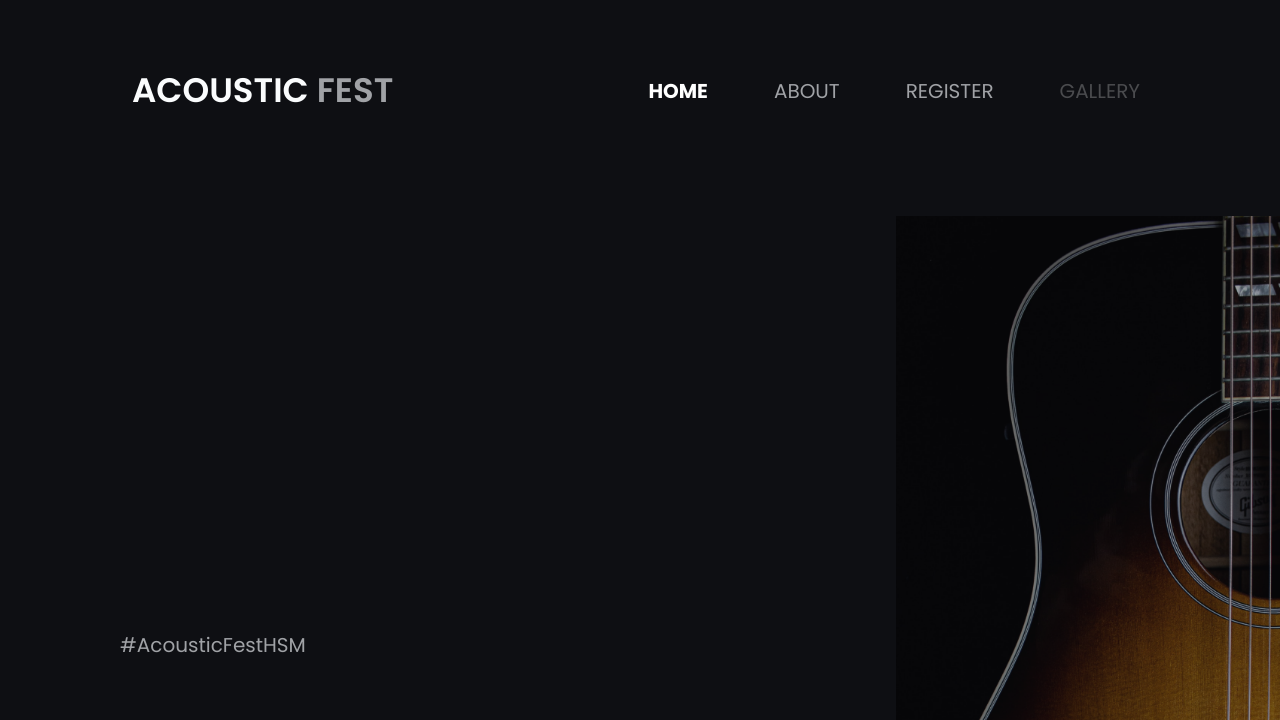
Repository: piyushiso/piyushiso.github.io
Page: event/acousticfest/index.html
The author's editor kept a copy of each file at every save. The page is drawn from the files as they stood at one save, then again after the next save.
The browser window is 1280 px wide. The pictures show the whole page.
Some web fonts or font styles are not loaded; a fallback is used.

Above is the page before, as saved 2022-05-19 14:03:31.

### event/acousticfest/index.html
<html lang="en">
<head>
    <meta charset="UTF-8">
    <meta http-equiv="X-UA-Compatible" content="IE=edge">
    <meta name="viewport" content="width=device-width, initial-scale=1.0">
    <link href="https://cdn.jsdelivr.net/npm/bootstrap@5.2.0-beta1/dist/css/bootstrap.min.css" rel="stylesheet" integrity="sha384-0evHe/X+R7YkIZDRvuzKMRqM+OrBnVFBL6DOitfPri4tjfHxaWutUpFmBp4vmVor" crossorigin="anonymous">
    <link href="https://unpkg.com/aos@2.3.1/dist/aos.css" rel="stylesheet">
    <link href="styles/style.css" rel="stylesheet" type="text/css"/>
    <title>Acoustic Fest 2022</title>
</head>
<body>
    <div class="components">
        <nav class="navbar navbar-expand-lg fixed-top navbar-dark bg-dark">
            <div class="container-fluid">
              <a class="navbar-brand" href="#"><span class="primary">ACOUSTIC</span> FEST</a>
              <div class="d-flex">
                <button class="navbar-toggler" type="button" data-bs-toggle="collapse" data-bs-target="#navbarSupportedContent" aria-controls="navbarSupportedContent" aria-expanded="false" aria-label="Toggle navigation">
                    <span class="navbar-toggler-icon"></span>
                </button>
                <div class="collapse navbar-collapse" id="navbarSupportedContent">
                    <ul class="navbar-nav me-auto mb-2 mb-lg-0">
                        <li class="nav-item primary">
                            <a class="nav-link active" aria-current="page" href="#">HOME</a>
                        </li>
                        <li class="nav-item">
                            <a class="nav-link secondary" href="#">ABOUT</a>
                        </li>
                        <li class="nav-item">
                            <a class="nav-link secondary" href="#">REGISTER</a>
                        </li>
                        <li class="nav-item secondary">
                            <a class="nav-link disabled" href="#">GALLERY</a>
                        </li>
                    </ul>
                </div>
              </div>
            </div>
        </nav>

        <div class="contents">
            asa
        </div>
        <div data-aos="fade-left" data-aos-duration="1000" class="fixed-bottom hashtag">
            <span class="secondary">#AcousticFestHSM</span>
        </div>
    </div>
    <script src="https://cdn.jsdelivr.net/npm/bootstrap@5.2.0-beta1/dist/js/bootstrap.bundle.min.js" integrity="sha384-pprn3073KE6tl6bjs2QrFaJGz5/SUsLqktiwsUTF55Jfv3qYSDhgCecCxMW52nD2" crossorigin="anonymous"></script>
    <script src="https://unpkg.com/aos@2.3.1/dist/aos.js"></script>
    <script src="https://ajax.googleapis.com/ajax/libs/jquery/3.6.0/jquery.min.js"></script>
    <script src="scripts/script.js"></script>
</body>
</html>

### event/acousticfest/styles/style.css
@import url('https://fonts.googleapis.com/css2?family=Montserrat:wght@100&family=Poppins:wght@100;400;500;600;700&display=swap');
@import url('http://fonts.cdnfonts.com/css/choco-cookies');

:root {
    --bg: #0E0F13;
    --primary: #FAFCFD;
    --secondary: #A0A2A6;
    --main-font: 'Poppins', sans-serif;
    --secondary-font: 'Choco Cookies', sans-serif;
    --bold: 700;
    --semi-bold: 600;
    --medium: 500;
    --regular: 400;
    --t1: 64px;
    --t2: 60px;
    --t3: 38px;
    --t4: 34px;
    --t5: 30px;
    --t6: 24px;
    --t7: 20px;
    --gap-x: 120px;
    --gap-y: 60px;
    --gap-sub: 30px;
}

body{
    background: var(--bg);
    color: var(--primary);
    font-family: var(--main-font);
    font-weight: var(--medium);
    font-size: var(--t6);
    letter-spacing: 5% !important;
    background-image: url("../assets/images/background.png");
    background-repeat: no-repeat;
    background-attachment: fixed;
    background-position: bottom right;
    background-size: 30% 70%;
}

nav {
    background: var(--bg) !important;
    padding: var(--gap-y) var(--gap-x)!important;
}

.navbar-dark, .bg-dark{
    background: var(--bg) !important;
    color: var(--primary);
}

.navbar-brand{
    font-size: var(--t4);
    color: var(--secondary);
    font-weight: var(--semi-bold);
}

.nav-item a{
    font-size: var(--t7);
    font-weight: var(--regular);
}

.active{
    font-weight: var(--bold) !important;
}

.navbar ul li{
    padding-left: 50px;
}

.primary{
    color: var(--primary);
}

.secondary{
    color: var(--secondary);
}

.components{
    padding: var(--gap-y) var(--gap-x);
}

.contents{
    /* max-height: 56%; */
    border: solid thin red;
    z-index: 3;
}

.hashtag{
    padding: inherit;
    font-size: var(--t7);
    font-weight: var(--regular);
    transition: .5s;
}

.hashtag span:hover{
    color: var(--primary);
    transition: .5s;
    cursor: pointer;
}

### event/acousticfest/scripts/script.js
AOS.init()
$('.hashtag span').click(function () {
    navigator.clipboard.writeText("#AcousticFestHSM");
})

After the next save:
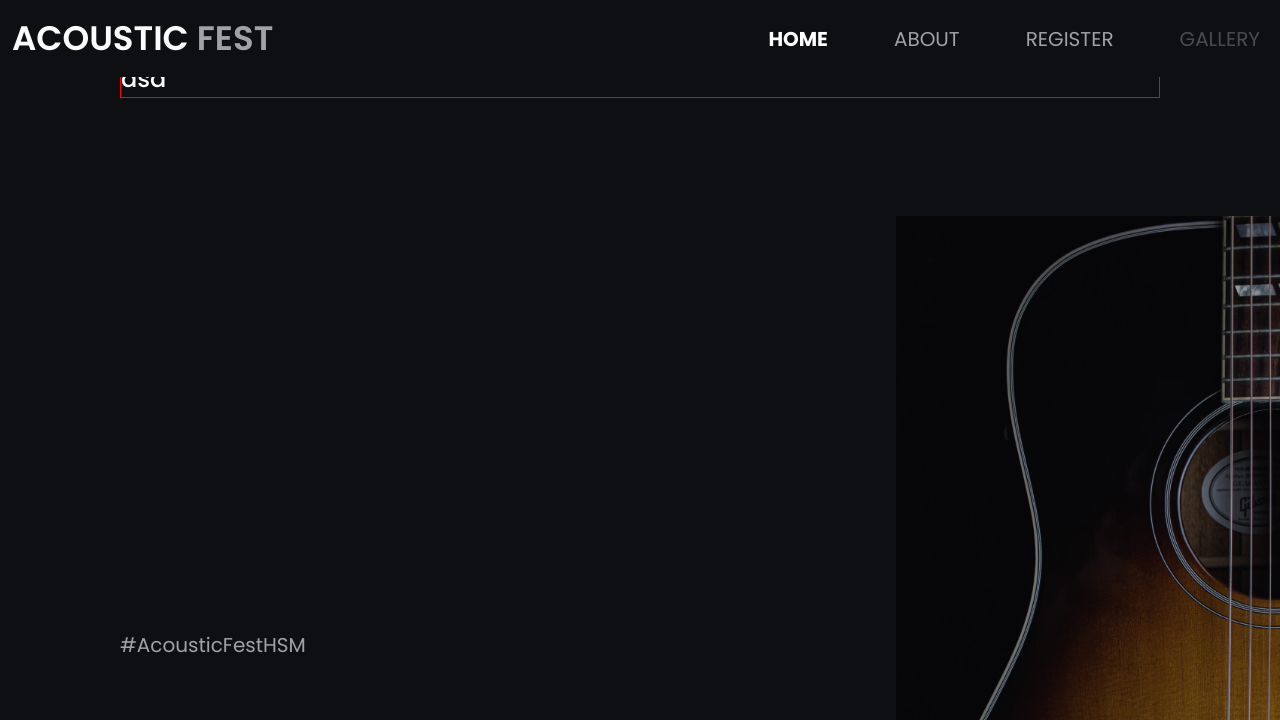
Saved 115 s later.
--- a/event/acousticfest/styles/style.css
+++ b/event/acousticfest/styles/style.css
@@ -39,7 +39,7 @@
 
 nav {
     background: var(--bg) !important;
-    padding: var(--gap-y) var(--gap-x)!important;
+    /* padding: var(--gap-y) var(--gap-x)!important; */
 }
 
 .navbar-dark, .bg-dark{

After the save that followed:
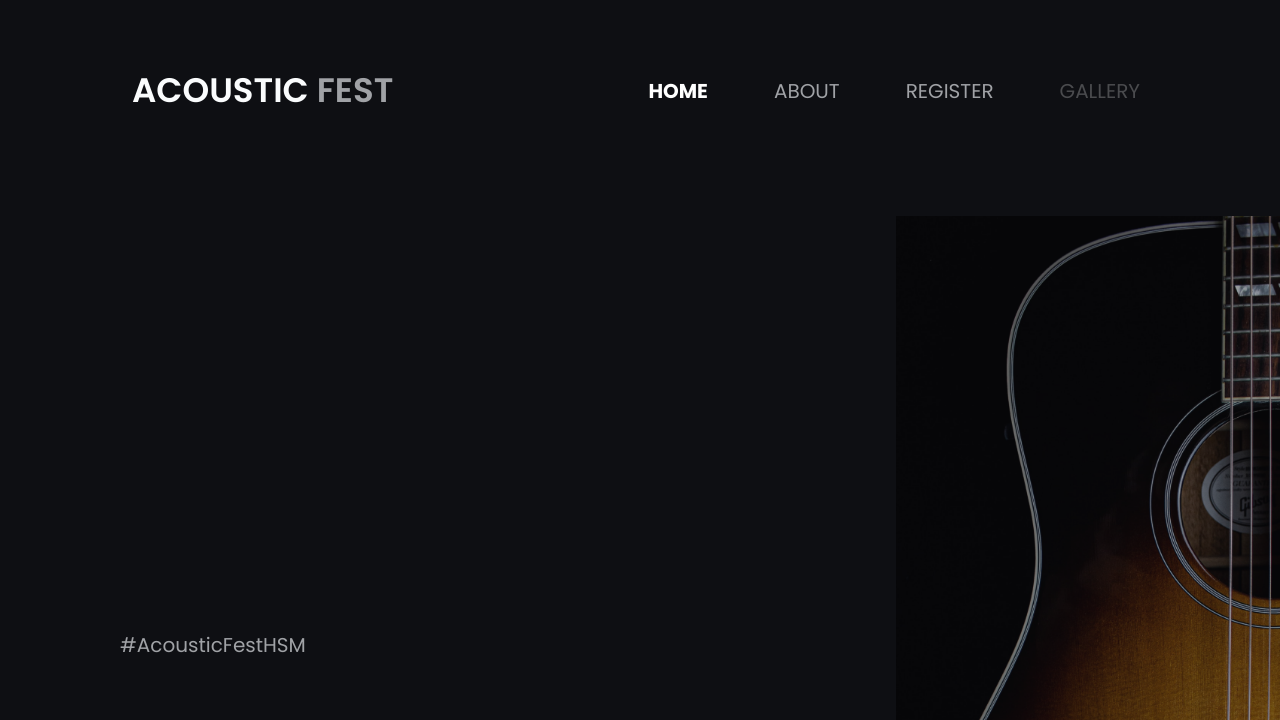
Saved 4 s later.
--- a/event/acousticfest/styles/style.css
+++ b/event/acousticfest/styles/style.css
@@ -39,7 +39,7 @@
 
 nav {
     background: var(--bg) !important;
-    /* padding: var(--gap-y) var(--gap-x)!important; */
+    padding: var(--gap-y) var(--gap-x)!important;
 }
 
 .navbar-dark, .bg-dark{
